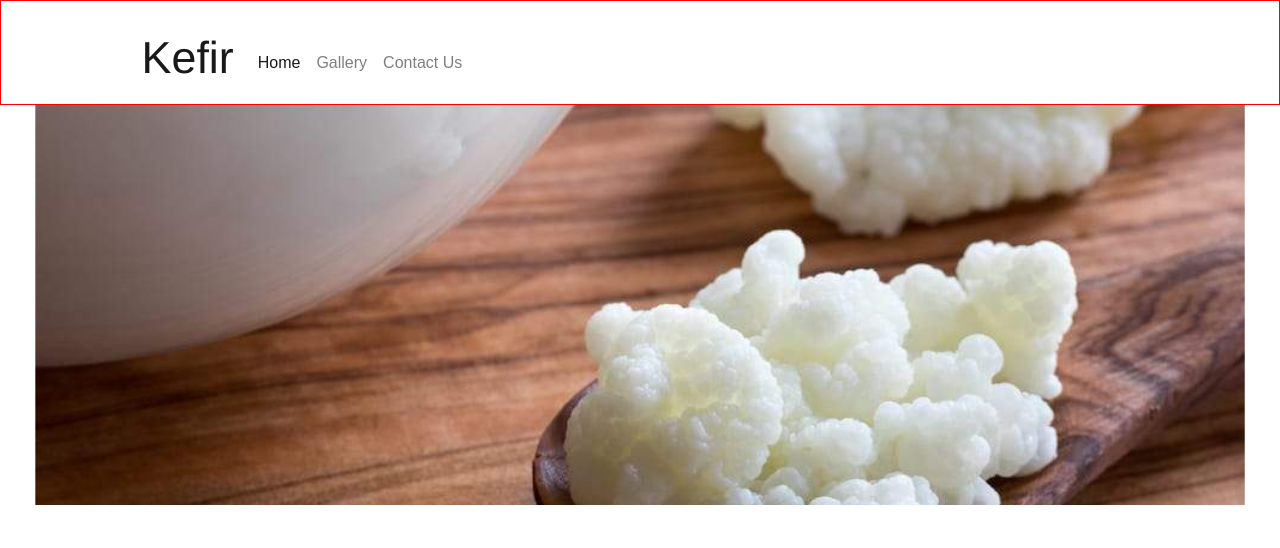
Repository: andna5980/kefir-web
Page: src/index.html
An editor plug-in stored every save of this project. The page is shown before and after the next save, followed by the edit.
The browser window is 1280 px wide. The pictures show the whole page.
Some web fonts or font styles are not loaded; a fallback is used. Some web libraries are served in a nearby version.

Above is the page before, as saved 2021-02-28 09:24:29.

After the next save:
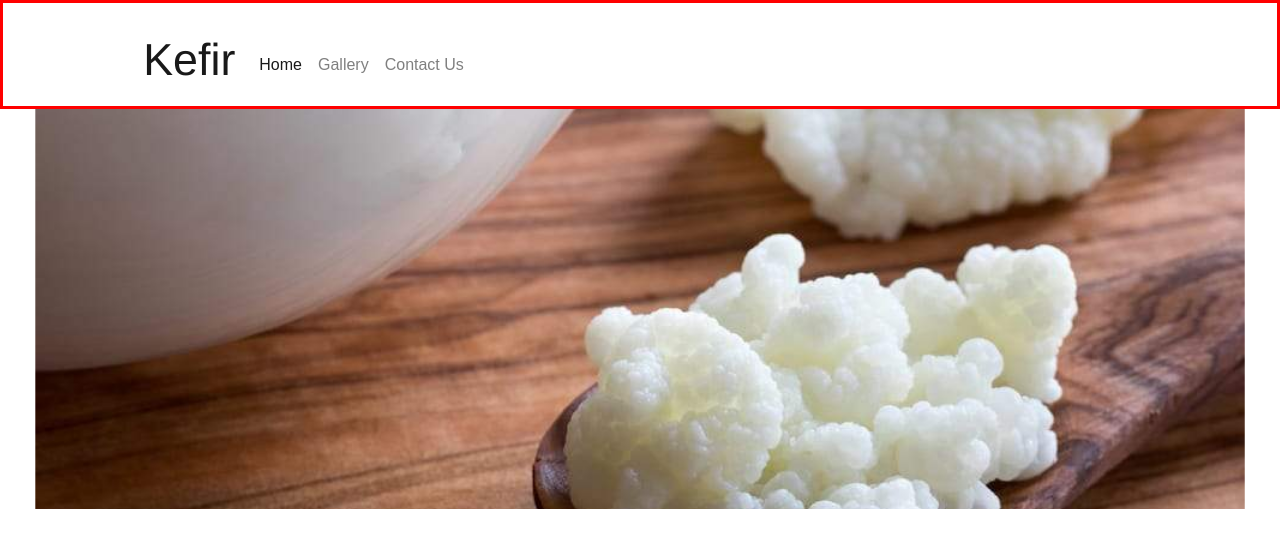
Saved 14 s later.
--- a/src/assets/styles/style.css
+++ b/src/assets/styles/style.css
@@ -20,7 +20,7 @@ h2 {
 /*----------------------BORDER ROWS AND COLUMNS----------*/
 
 .test-red {
-    border: 1px solid red
+    border: 3px solid red
 }
 
 .test-blue {
